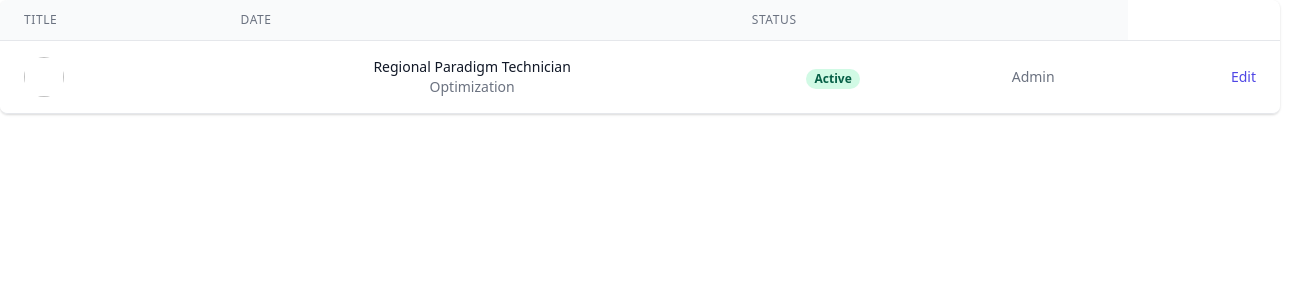
Repository: maikeru-desu/parking-lot
Page: / (app in parking-lot-fe/)
An editor plug-in stored every save of this project. The page is shown before and after the next save, followed by the edit.
The browser window is 1280 px wide. The page is 1312 px wide, so the pictures cover 1312 px, including what lies to the right of the window. The pictures show the whole page.
The project was rebuilt for these pictures with package versions that can differ from the ones it lists, and the page was loaded fresh each time. Also part of the build but not shown: parking-lot-fe/craco.config.js.

Above is the page before, as saved 2021-10-13 23:33:34.

### parking-lot-fe/src/index.js
import React from 'react';
import ReactDOM from 'react-dom';
import './index.css';
import App from './App';
import {Provider} from "react-redux";
import {BrowserRouter} from "react-router-dom";
import reportWebVitals from './reportWebVitals';
import store from './redux/store';

ReactDOM.render(
    <React.StrictMode>
        <BrowserRouter>
            <Provider store={store}>
                <App />
            </Provider>
        </BrowserRouter>
    </React.StrictMode>,
    document.getElementById('root')
);

// If you want to start measuring performance in your app, pass a function
// to log results (for example: reportWebVitals(console.log))
// or send to an analytics endpoint. Learn more: https://bit.ly/CRA-vitals
reportWebVitals();

### parking-lot-fe/src/App.js
import logo from './logo.svg';
import './App.css';
import {Switch, Route} from "react-router-dom";
import Home from './pages/Home';

function App() {
  return (
    <div className="App">
        <Switch>
            <Route exact path="/" component={Home} />
        </Switch>
    </div>
  );
}

export default App;

### parking-lot-fe/src/redux/store.js
import {createStore, applyMiddleware} from "redux";
import logger from "redux-logger";
import reduxThunk from "redux-thunk";
import rootReducer from "./root-reducer";

const middlewares = [reduxThunk];

if (process.env.NODE_ENV === "development") {
    middlewares.push(logger)
}

const store = createStore(rootReducer, applyMiddleware(...middlewares));

export default store;

### parking-lot-fe/src/pages/Home.js
import React from 'react'

const people = [
    {
        title: 'Regional Paradigm Technician',
        department: 'Optimization',
        role: 'Admin'
    },
    // More people...
]

const Home = () => {
    return (
        <div className="flex flex-col">
            <div className="-my-2 overflow-x-auto sm:-mx-6 lg:-mx-8">
                <div className="py-2 align-middle inline-block min-w-full sm:px-6 lg:px-8">
                    <div className="shadow overflow-hidden border-b border-gray-200 sm:rounded-lg">
                        <table className="min-w-full divide-y divide-gray-200">
                            <thead className="bg-gray-50">
                                <tr>
                                    <th
                                        scope="col"
                                        className="px-6 py-3 text-left text-xs font-medium text-gray-500 uppercase tracking-wider"
                                    >
                                        Title
                                    </th>
                                    <th
                                        scope="col"
                                        className="px-6 py-3 text-left text-xs font-medium text-gray-500 uppercase tracking-wider"
                                    >
                                        Date
                                    </th>
                                    <th
                                        scope="col"
                                        className="px-6 py-3 text-left text-xs font-medium text-gray-500 uppercase tracking-wider"
                                    >
                                        Status
                                    </th>
                                    <th scope="col" className="relative px-6 py-3">
                                        <span className="sr-only">Edit</span>
                                    </th>
                                </tr>
                            </thead>
                            <tbody className="bg-white divide-y divide-gray-200">
                                {people.map((person) => (
                                    <tr key={person.email}>
                                        <td className="px-6 py-4 whitespace-nowrap">
                                            <div className="flex items-center">
                                                <div className="flex-shrink-0 h-10 w-10">
                                                    <img className="h-10 w-10 rounded-full" src={person.image} alt="" />
                                                </div>
                                                <div className="ml-4">
                                                    <div className="text-sm font-medium text-gray-900">{person.name}</div>
                                                    <div className="text-sm text-gray-500">{person.email}</div>
                                                </div>
                                            </div>
                                        </td>
                                        <td className="px-6 py-4 whitespace-nowrap">
                                            <div className="text-sm text-gray-900">{person.title}</div>
                                            <div className="text-sm text-gray-500">{person.department}</div>
                                        </td>
                                        <td className="px-6 py-4 whitespace-nowrap">
                                            <span className="px-2 inline-flex text-xs leading-5 font-semibold rounded-full bg-green-100 text-green-800">
                                                Active
                                            </span>
                                        </td>
                                        <td className="px-6 py-4 whitespace-nowrap text-sm text-gray-500">{person.role}</td>
                                        <td className="px-6 py-4 whitespace-nowrap text-right text-sm font-medium">
                                            <a href="#" className="text-indigo-600 hover:text-indigo-900">
                                                Edit
                                            </a>
                                        </td>
                                    </tr>
                                ))}
                            </tbody>
                        </table>
                    </div>
                </div>
            </div>
        </div>
    )
}

export default Home

### parking-lot-fe/src/redux/root-reducer.js
import {combineReducers} from "redux";
import eventsReducers from "./reducer";

const rootReducer = combineReducers({
    events: eventsReducers
});

export default rootReducer;

### parking-lot-fe/src/redux/reducer.js
const initialState = {
    events: [],
    event: {},
    loading: false
}

const eventsReducers = (state = initialState, action) => {
    switch (action.type) {
        default:
            return state;
    }
}

export default eventsReducers;

Loaded but not shown: parking-lot-fe/src/index.css (common file); parking-lot-fe/src/reportWebVitals.js (common file); parking-lot-fe/src/App.css (common file); parking-lot-fe/tailwind.config.js (common file)

After the next save:
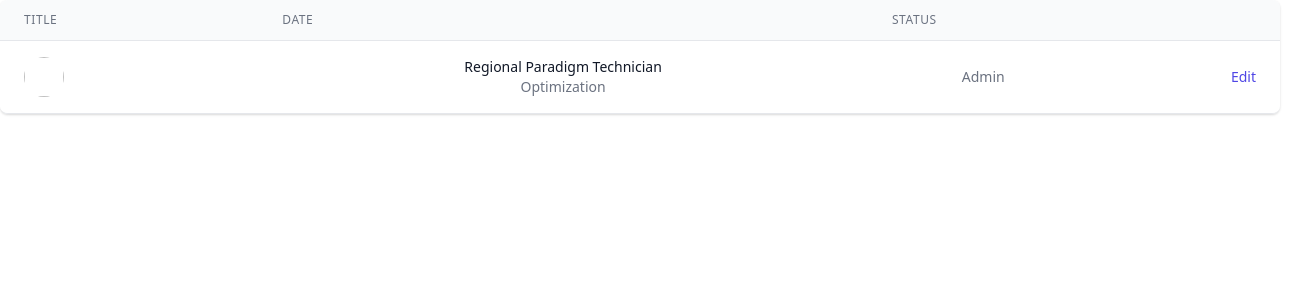
Saved 23 s later.
--- a/parking-lot-fe/src/pages/Home.js
+++ b/parking-lot-fe/src/pages/Home.js
@@ -59,11 +59,11 @@ const Home = () => {
                                             <div className="text-sm text-gray-900">{person.title}</div>
                                             <div className="text-sm text-gray-500">{person.department}</div>
                                         </td>
-                                        <td className="px-6 py-4 whitespace-nowrap">
+                                        {/* <td className="px-6 py-4 whitespace-nowrap">
                                             <span className="px-2 inline-flex text-xs leading-5 font-semibold rounded-full bg-green-100 text-green-800">
                                                 Active
                                             </span>
-                                        </td>
+                                        </td> */}
                                         <td className="px-6 py-4 whitespace-nowrap text-sm text-gray-500">{person.role}</td>
                                         <td className="px-6 py-4 whitespace-nowrap text-right text-sm font-medium">
                                             <a href="#" className="text-indigo-600 hover:text-indigo-900">
